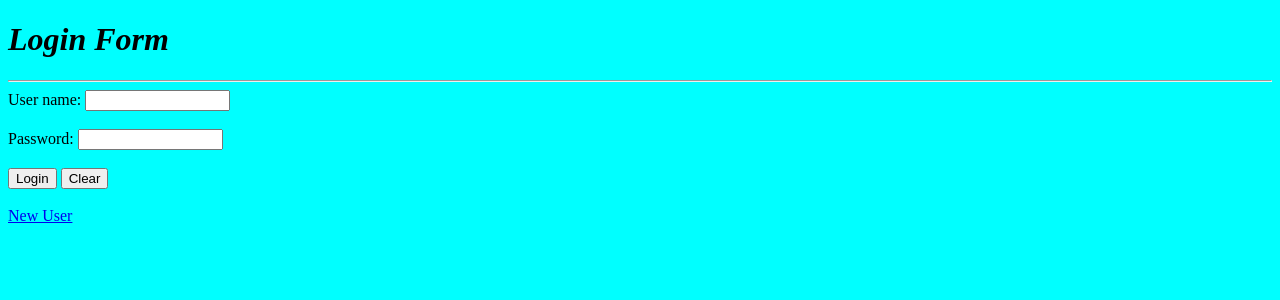
Repository: kevankay/Day10
Page: LoginApp/WebContent/LogIn.html
An editor plug-in stored every save of this project. The page is shown before and after the next save, followed by the edit.
The browser window is 1280 px wide. The pictures show the whole page.

Above is the page before, as saved 2018-09-05 12:08:13.

### LoginApp/WebContent/LogIn.html
<!DOCTYPE html>
<html>
<head>
<meta charset="ISO-8859-1">
<title>Insert title here</title>
</head>
<body bgcolor="cyan">
<h1><i>Login Form</i></h1>
<hr>
<form action="login" method="post">
     <label>User name: </label>
     <input type="text" name="username" size="15"/>
     <br><br>
     <label>Password: </label>
     <input type="password" name="password" size="15"/>
     <br><br>
     <input type="submit" value="Login"/>
     <input type="reset" value="Clear"/>
     <br><br>
     <a href="Registration.html">New User</a>

</form>

</body>
</html>

After the next save:
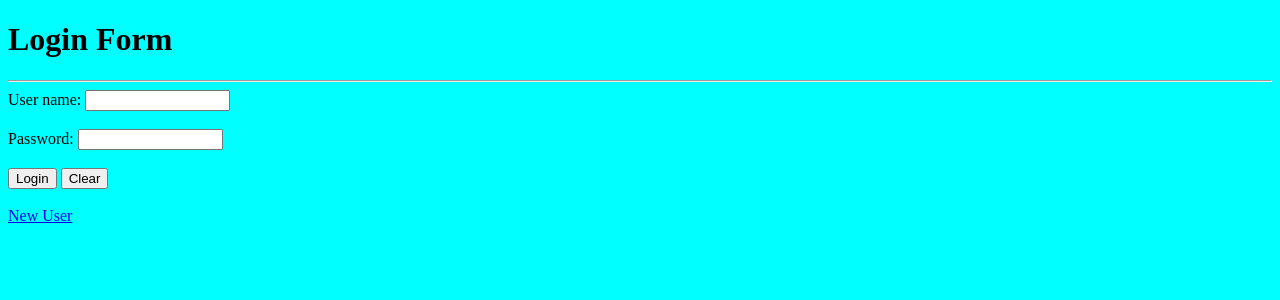
Saved 3 min 51 s later.
--- a/LoginApp/WebContent/LogIn.html
+++ b/LoginApp/WebContent/LogIn.html
@@ -5,7 +5,7 @@
 <title>Insert title here</title>
 </head>
 <body bgcolor="cyan">
-<h1><i>Login Form</i></h1>
+<h1>Login Form</h1>
 <hr>
 <form action="login" method="post">
      <label>User name: </label>
